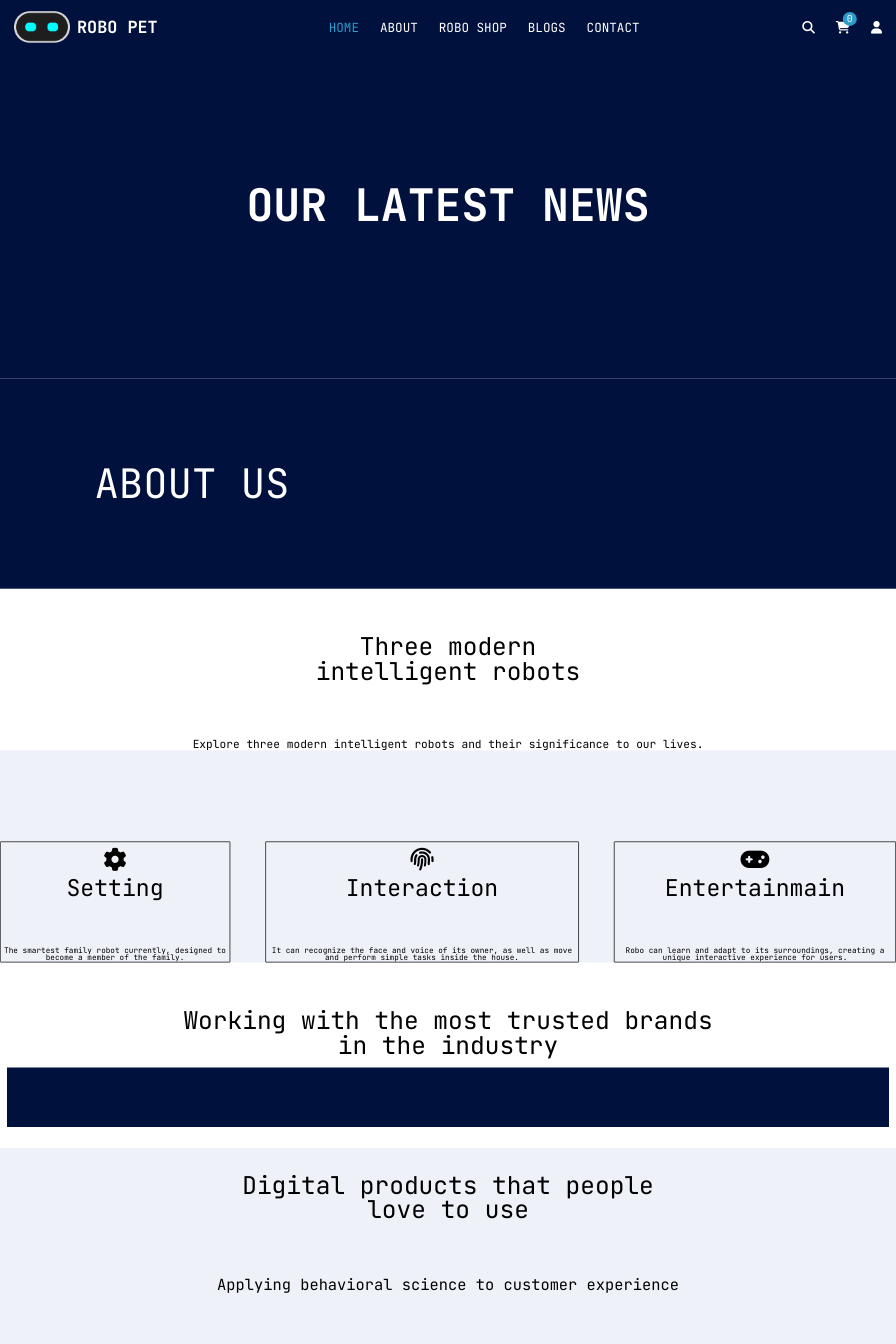
Repository: trietle101/du-an-1
Page: about.html
These files come from the project's save history. The page is drawn as it stood at one moment and after the next save; the edit follows.
The browser window is 1280 px wide. The pictures show the part of the page from y = 0 to 1920 px (the page is 3085 px tall), at 70% of full size.
Some web libraries are served in a nearby version.

Above is the page before, as saved 2023-03-12 21:57:20.

### about.html
<!DOCTYPE html>
<html lang="en">
  <head>
    <meta charset="UTF-8" />
    <meta http-equiv="X-UA-Compatible" content="IE=edge" />
    <meta name="viewport" content="width=device-width, initial-scale=1.0" />
    <title>About</title>
    <link rel="stylesheet" href="assets/css/reset.css" />
    <link rel="stylesheet" href="assets/css/style.css" />
    <link rel="preconnect" href="https://fonts.googleapis.com" />
    <link rel="preconnect" href="https://fonts.gstatic.com" crossorigin />
    <link rel="stylesheet" href="assets/css/about.css">
    <link
      href="https://fonts.googleapis.com/css2?family=JetBrains+Mono:wght@300;400;500;700&display=swap"
      rel="stylesheet"
    />
    <script
      src="https://kit.fontawesome.com/08ee78edd1.js"
      crossorigin="anonymous"
    ></script>
  </head>
  <body>
    <header class="header">
      <div class="container">
        <nav class="header-nav">
          <a href="#" class="header-logo">
            <img src="assets/img/logo.png" />
            <span>ROBO PET</span>
          </a>

          <ul class="nav__list">
            <li class="nav__item">
              <a href="#" class="nav__link active">Home</a>
            </li>
            <li class="nav__item">
              <a href="#" class="nav__link">About</a>
            </li>
            <li class="nav__item">
              <a href="#" class="nav__link">Robo shop</a>
            </li>
            <li class="nav__item">
              <a href="#" class="nav__link">Blogs</a>
            </li>
            <li class="nav__item">
              <a href="#" class="nav__link">Contact</a>
            </li>
          </ul>

          <ul class="nav__list">
            <li class="nav__item">
              <a href="" class="nav__link"
                ><i class="fa-solid fa-magnifying-glass"></i
              ></a>
            </li>
            <li class="nav__item">
              <a href="" class="nav__link absolute">
                <i class="fa-solid fa-cart-shopping"></i>
                <span>0</span>
              </a>
            </li>
            <li class="nav__item">
              <a href="" class="nav__link"><i class="fa-solid fa-user"></i></a>
            </li>
          </ul>
        </nav>
      </div>
      <div class="header-banner">
        <div class="container">
          <h1 class="banner-title">OUR LATEST NEWS</h1>
        </div>
      </div>
    </header>

    <!--phần banner-->
    <div class="banner">
        <div class="namebanner">
            <h1>ABOUT US</h1>
        </div>
           </div>
           <div class="name2">
            <h2>Three modern <br>
              intelligent robots</h2>
            <p>Explore three modern intelligent robots and their significance to our lives.</p>

        <div class="box-top">
            <div class="namebox">
                <i class="fa-solid fa-gear"></i>
                <h3>Setting</h3>
                <p>The smartest family robot currently, designed to become a member of the family.</p>
            </div>


            <div  class="namebox">
              <i class="fa-solid fa-fingerprint"></i>
                <h3>Interaction</h3>
                <p>It can recognize the face and voice of its owner, as well as move and perform simple tasks inside the house.</p>
            </div>


            <div class="namebox">
              <i class="fa-solid fa-gamepad"></i>
                <h3>Entertainmain</h3>
                <p>Robo can learn and adapt to its surroundings, creating a unique interactive experience for users.</p>
            </div>
        </div>

        <div class="name2">
          <h2>Working with the most trusted brands <br> in the industry</h2>
        </div>

        <div class="banner2">
        </div>
        <div class="namebanner2">
          <h4>Digital products that people <br> love to use</h4>
          <p>Applying behavioral science to customer experience</p>
          <div class="box-text">
            <h5>The Eilik Robot</h5>
            <p>It has the ability to interact with humans by recognizing voice,<br> faces, and gestures.</p>
               <div class="box-content">
                <i class="fa-solid fa-book"></i>
                <h6>Educational robot for children</h6>
                <p>This robot is designed to help children develop <br> programming skills and logical thinking through fun <br> educational activities.</p>
               </div>

               <div class="box-content">
                <i class="fa-solid fa-globe"></i>
                <h6>Interaction through voice and gestures</h6>
                <p>It has the ability to interact with children by <br> recognizing their voice and gestures.</p>
               </div>

               <div class="box-content">
                <i class="fa-solid fa-brain"></i>
                <h6>Science, technology, engineering</h6>
                <p> Eilik is capable of educating children about <br> science, technology, engineering, and mathematics <br> through interactive...</p>
               </div>

          </div>
          <div class="box-content2">
            <h6>The Emo Robot</h6>
            <p>Emo Robot is a special type of robot designed to interact with <br> humans by detecting and responding to emotions.

              It is capable of recognizing facial expressions, voice,<br>  gestures, and emotions of humans to provide appropriate <br> responses. Emo Robot can help users feel comfortable, reduce <br> stress, and improve mood. Additionally, Emo Robot is also used <br> in research on psychology and linguistics to further understand <br> how humans interact with machines.</p>
          </div>

          <button>View now</button>

          <div class="box-content3">
            <h6>The Vector Robot</h6>
            <p>Vector Robot is a smart home robot developed by Anki. It has  the <br> ability to interact with humans by recognizing voices, faces, <br> and gestures.

              Vector can perform simple tasks around the house, play games, <br> and interact with users. It also has the ability to learn and <br> adapt to its surrounding environment to create a unique <br> interactive experience for users. Vector is considered one of <br> the smartest and cutest home robots on the market.</p>
              <button>View now</button>
            </div>
        </div>
        <div class="endbanner">
          <h2>Versatile Interaction Experience <br> with Eilik, Emo, and Vector</h2>
                <p>Intelligent Robots for Home and Education</p>
                <button>View Now</button>
        </div>
  </body>
  <script src="assets/script/script.js"></script>
</html>

### assets/css/reset.css
/* http://meyerweb.com/eric/tools/css/reset/
   v2.0 | 20110126
   License: none (public domain)
*/
html,
body,
div,
span,
applet,
object,
iframe,
h1,
h2,
h3,
h4,
h5,
h6,
p,
blockquote,
pre,
a,
abbr,
acronym,
address,
big,
cite,
code,
del,
dfn,
em,
img,
ins,
kbd,
q,
s,
samp,
small,
strike,
strong,
sub,
sup,
tt,
var,
b,
u,
i,
center,
dl,
dt,
dd,
ol,
ul,
li,
fieldset,
form,
label,
legend,
table,
caption,
tbody,
tfoot,
thead,
tr,
th,
td,
article,
aside,
canvas,
details,
embed,
figure,
figcaption,
footer,
header,
hgroup,
menu,
nav,
output,
ruby,
section,
summary,
time,
mark,
audio,
video {
  margin: 0;
  padding: 0;
  border: 0;
  font-size: 100%;
  font: inherit;
  vertical-align: baseline;
}

/* HTML5 display-role reset for older browsers */
article,
aside,
details,
figcaption,
figure,
footer,
header,
hgroup,
menu,
nav,
section {
  display: block;
}

body {
  line-height: 1;
}

ol,
ul {
  list-style: none;
}

blockquote,
q {
  quotes: none;
}

blockquote:before,
blockquote:after,
q:before,
q:after {
  content: "";
  content: none;
}

table {
  border-collapse: collapse;
  border-spacing: 0;
}

*,
*:after,
*:before {
  margin: 0;
  padding: 0;
  box-sizing: border-box;
}
ul,
li {
  list-style-type: none;
}
a {
  text-decoration: none;
}

### assets/css/style.css
:root {
  --primary-color: #00113d;
  --secondary-color: #2e9cca;
}

html {
  box-sizing: border-box;
}

img {
  display: block;
  max-width: 100%;
}

body {
  font-family: "JetBrains Mono", sans-serif;
  min-height: 100vh;
  margin: 0;
}

header {
  background: var(--primary-color);
  padding: 1em 0;
  width: 100%;
}

.container {
  max-width: 1240px;
  margin: 0 auto;
}

.header-nav {
  display: flex;
  justify-content: space-between;
  align-items: center;
  flex-wrap: nowrap;
}

.header-logo {
  display: flex;
  justify-content: center;
  align-items: center;
}

.header-logo span {
  text-decoration: none;
  color: #fff;
  font-size: 24px;
  font-weight: bold;
  margin-right: 0.5em;
  margin-left: 10px;
}

.nav__list {
  display: flex;
  justify-content: space-between;
  align-items: center;
  flex-wrap: nowrap;
}

.nav__item:not(:first-child) {
  margin-left: 30px;
}

.nav__link {
  color: #fff;
  text-decoration: none;
  text-transform: uppercase;
  transition: 0.3s ease-in-out;
  font-size: 18px;
}

.nav__link.active {
  color: var(--secondary-color);
}

.nav__link:hover {
  color: var(--secondary-color);
}

.nav__link:hover span {
  color: var(--secondary-color);
  background-color: #fff;
}

.nav__link.absolute {
  position: relative;
}

.nav__link span {
  position: absolute;
  display: inline-block;
  background-color: var(--secondary-color);
  width: 20px;
  height: 20px;
  font-size: 14px;
  text-align: center;
  padding-top: 2px;
  border-radius: 50%;
  top: -10px;
  left: 10px;
  transition: 0.3s ease-in-out;
}

.line-effect {
  width: 0;
  height: 2px;
  background-color: var(--secondary-color);
  position: fixed;
  pointer-events: none;
  transition: all 0.25s linear;
}

.banner {
  max-height: 600px;
  margin: 0 auto;
  background-color: #00113d;
  display: flex;
  justify-content: space-between;
  align-items: center;
}

.banner .info {
  width: 45%;
  margin-top: 60px;
}

.info .info-heading {
  color: #fff;
  font-weight: 700;
  font-size: 74px;
}

.info .info-heading span {
  color: #2e9cca;
}

.info .sub-heading {
  color: #cbd5e1;
  font-size: 14px;
  font-weight: 400;
  margin-top: 24px;
  line-height: 16px;
  letter-spacing: 0.5px;
}

.button-heading {
  margin-top: 32px;
  display: flex;
  gap: 50px;
}

.button-heading .view-shop {
  /* width: 150px; */
  padding: 20px 30px;
  height: 45px;
  border-radius: 50px;
  border: 1.5px solid #fff;
  background-color: black;
  color: #fff;
  /* font-weight: 600; */
  /* text-align: center; */
  display: flex;
  align-items: center;
  font-size: 16px;
  transition: 0.3s ease-in-out;
}
.view-shop:hover {
  background-color: var(--secondary-color);
}
.button-heading .demo:hover {
  background-color: var(--secondary-color);
}

.button-heading .demo {
  padding: 20px 30px;
  height: 45px;
  border-radius: 50px;
  border: 1.5px solid #fff;
  background-color: black;
  color: #fff;
  font-family: "JetBrains Mono", sans-serif;
  /* font-weight: 600; */
  /* text-align: center; */
  display: flex;
  align-items: center;
  font-size: 16px;
  transition: 0.3s ease-in-out;
}

.demo .video {
  padding-right: 6px;
}

.quanlity {
  margin-top: 120px;
  display: flex;
  justify-content: space-between;
}

.quanlity .happy-user {
  text-align: center;
}

.happy-user .quanlity-happy {
  color: white;
  font-weight: 600;
  font-size: 24px;
}

.happy-user .text-happy {
  color: #c8c8c8;
  font-size: 14px;
  padding: 5px 0 20px 0;
}

.quanlity .active-user {
  text-align: center;
}

.active-user .quanlity-active {
  color: white;
  font-weight: 600;
  font-size: 24px;
}

.active-user .text-active {
  color: #c8c8c8;
  font-size: 14px;
  padding: 5px 0 20px 0;
}

.quanlity .online-user {
  text-align: center;
}

.online-user .quanlity-online {
  color: white;
  font-weight: 600;
  font-size: 24px;
}

.online-user .text-online {
  color: #c8c8c8;
  font-size: 14px;
  padding: 5px 0 20px 0;
}

.slider {
  width: 55%;
  position: relative;
}
.show {
  display: flex;
  justify-content: center;
  height: 400px;
  max-width: 500px;
  margin: 0 auto;
  position: relative;
}
.show-item {
  height: 280px;
  opacity: 0;
  position: absolute;
  transition: all 0.3s ease-in-out;
  width: 330px;
  z-index: 0;
  background-size: contain;
  object-fit: cover;
}
.show-item-1 {
  left: 20%;
  opacity: 1;
  transform: translateX(-50%);
  top: 10%;
  z-index: 2;
}
.show-item-2 {
  opacity: 1;
  left: 50%;
  transform: translateX(-50%);
  z-index: 3;
  top: 15%;
}
.show-item-3 {
  opacity: 1;
  left: 80%;
  transform: translateX(-50%);
  z-index: 2;
  top: 10%;
}

.slider .show {
  width: 550px;
  height: 550px;
  border-radius: 100%;
  background: linear-gradient(
    to bottom,
    rgba(170, 171, 184, 0.7),
    rgba(0, 17, 61, 0)
  );
  margin-left: 83px;
  margin-top: 30px;
}

.elip {
  width: 500px;
  height: 100px;
  background-color: #1e1e1e;
  border-radius: 100%;
  margin-left: 15px;
  position: absolute;
  left: 46.5%;
  top: 60%;
  transform: translate(-50%, -50%);
  opacity: 38%;
  z-index: 0;
}
.header-banner {
  width: 100%;
  max-height: 500px;
  margin: 0 auto;
  background-color: #00113d;
  padding: 200px 0;
}
.banner-title {
  font-weight: 700;
  font-size: 64px;
  color: #fff;
  text-transform: uppercase;
  text-align: center;
}

.outstanding,
.custum {
  padding-top: 50px;
}
.outstanding-title,
.custum-title {
  font-size: 36px;
  font-weight: 700;
  text-align: center;
  margin-bottom: 25px;
}
.outstanding-list,
.custum-list {
  display: grid;
  grid-template-columns: repeat(4, 1fr);
  grid-column-gap: 40px;
}
.outstanding-image,
.custum-image {
  background-color: #eff1f9;
  border-radius: 10px;
}
.outstanding-info,
.custum-info {
  margin-top: 20px;
  text-align: center;
}
.outstanding-name,
.custum-name {
  margin-bottom: 20px;
  font-weight: 500;
  font-size: 18px;
}
.outstanding-price,
.custum-price {
  font-size: 16px;
  font-weight: 400;
  color: #7b88a8;
}
.outstanding-price span {
  font-weight: 700;
  margin-right: 40px;
}
.custum-price span {
  font-weight: 700;
}
.outstanding-social,
.custum-social {
  display: flex;
  align-items: center;
  justify-content: center;
  flex-direction: row;
  flex-wrap: nowrap;
}
.outstanding-social-link,
.custum-social-link {
  display: flex;
  align-items: center;
  justify-content: center;
  flex-direction: row;
  flex-wrap: nowrap;
  width: 50px;
  height: 50px;
  color: #aaabb8;
  font-size: 20px;
  transition: all 0.25s ease;
}
.outstanding-social-link:hover,
.custum-social-link:hover {
  color: white;
}
.outstanding-main,
.custum-main {
  position: relative;
  z-index: 1;
  transition: transform 0.25s linear;
  will-change: transform;
}
.outstanding-main .outstanding-content,
.custum-main .custum-content {
  position: absolute;
  top: 0;
  left: 0;
  width: 100%;
  height: 100%;
  opacity: 0;
  visibility: hidden;
  transition: all 0.25s linear;
  background: linear-gradient(
    to bottom,
    hsla(223, 100%, 12%, 0.749),
    hsla(180, 100%, 50%, 0.502)
  );
  z-index: 2;
  display: flex;
  align-items: center;
  justify-content: center;
  flex-direction: column;
  flex-wrap: nowrap;
  border-radius: 10px;
}
.outstanding-main:hover .outstanding-content,
.custum-main:hover .custum-content {
  opacity: 1;
  visibility: visible;
}

.brand {
  padding-top: 100px;
}

.brand-tilte {
  font-weight: 500;
  font-size: 24px;
  margin-bottom: 20px;
  text-align: center;
}
.brand-bg {
  background-color: var(--primary-color);
  width: 100%;
}
.brand-logo {
  display: flex;
  justify-content: center;
  align-items: center;
}
.brand-logo img {
  max-width: 150px;
}
.brand-logo img:not(:first-child) {
  margin-left: 50px;
}
.intelligent {
  padding-top: 100px;
}
.intellegent-title {
  font-weight: 500;
  font-size: 36px;
  margin-bottom: 30px;
  text-align: center;
}
.intelligent-top {
  display: flex;
  justify-content: space-between;
  align-items: center;
  flex-wrap: nowrap;
}
.intelligent-top img {
  width: 670px;
  height: 500px;
  border-radius: 50px;
}
.intelligent-top img:not(:first-child) {
  margin-left: 50px;
}
.intelligent-bottom {
  margin-top: 50px;
  width: 100%;
}
.intelligent-bottom img {
  width: 1240px;
  height: 500px;
  border-radius: 50px;
  object-fit: cover;
}
.versatile {
  padding-top: 100px;
  margin-top: 100px;
  background-color: #eff1f9;
  position: relative;
  height: 500px;
}
.versatile-bg {
  position: absolute;
  left: 50%;
  top: 50%;
  transform: translate(-50%, -50%);
  max-height: 330px;
}
.versatile-title {
  font-weight: 500;
  font-size: 42px;
  text-align: center;
  position: relative;
  margin-bottom: 30px;
  padding-bottom: 50px;
}
.versatile-title::after {
  content: "";
  width: 400px;
  height: 4px;
  background-color: var(--secondary-color);
  position: absolute;
  left: 50%;
  transform: translateX(-50%);
  bottom: 0;
}
.versatile-desc {
  font-weight: 300;
  font-size: 14px;
  color: #7b88a8;
  text-align: center;
}
.versatile-bottom {
  text-align: center;
  margin-top: 40px;
}
.versatile-button {
  padding: 10px 40px;
  text-transform: uppercase;
  background-color: #2e9cca;
  border-radius: 10px;
  border: none;
  color: #fff;
  z-index: 2;
  cursor: pointer;
}
.versatile-button:hover {
  background-color: var(--primary-color);
}
footer {
  background: var(--primary-color);
  padding: 48px 135px 15px;
}
.footer:first-child {
  padding-bottom: 40px;
}
.footer:first-child a {
  text-decoration: none !important;
  min-width: fit-content;
  width: fit-content;
  text-transform: uppercase;
  display: block;
  font-size: 14px;
  font-weight: 500;
  line-height: 24px;
  letter-spacing: -0.30000001192092896px;
  text-align: left;
  color: #e7e5ea;
  padding-top: 10px;
}
footer p {
  font-size: 14px;
  font-weight: 500;
  line-height: 24px;
  letter-spacing: -0.30000001192092896px;
  text-align: left;
  color: #e7e5ea;
}
footer h3 {
  font-style: normal;
  font-weight: 400;
  font-size: 22px;
  letter-spacing: -1px;
  color: #ffffff;
  padding-top: 0px;
}
footer span {
  font-weight: 600;
  font-size: 24px;
  line-height: 32px;
  letter-spacing: -0.4px;
  color: white;
  display: block;
}
footer img {
  width: 80px;
  height: 45px;
  position: relative;
}
footer fieldset {
  border: 0;
  padding: 0;
}
footer fieldset input {
  width: 235px;
  height: 48px;
  border-radius: 5px;
  background: #e7e5ea;
  border: 0;
  padding: 11px 18px;
}
footer fieldset button {
  justify-content: center;
  align-items: center;
  padding: 13px 24px;
  width: 129px;
  height: 48px;
  background: #2e9cca;
  border-radius: 5px;
  border: 0;
  font-size: 14px;
  text-transform: uppercase;
  color: #ffffff;
  margin-left: 6px;
  transition: 0.3s ease-in-out;
}
footer fieldset button:hover {
  background-color: var(--primary-color);
  border: 1px solid #fff;
}
::placeholder {
  font-size: 16px;
}

.footer,
.form {
  display: flex;
}
.footer-content {
  width: 100%;
  position: relative;
  padding-top: 0px;
}
.footer-content img {
  margin-bottom: 5px;
  margin-left: 15px;
}
.footer-content p {
  margin-top: 10px;
  margin-bottom: 5px;
}

footer .footer:last-child {
  align-items: center;
  padding-top: 40px;
  border-top: 1px solid #2e9cca;
}

footer .footer:last-child .footer-content:last-child {
  text-align: right;
}
footer .footer:last-child .footer-content:last-child a {
  width: 40px;
  display: inline-block;
  background-color: #2e9cca;
  color: white;
  padding: 11px;
  margin-right: 3px;
  text-align: center;
  border-radius: 50%;
}

### assets/css/about.css
*{
    box-sizing: border-box;
    margin: 0 auto;
}
.banner{
    height: 300px;
    margin: auto;
    background-color: #00113D;
}
.namebanner{
    font-size: 58px;
    color: #ffff;
    padding: 135px ;
}
.namebanner h1{
    text-align: center;
}
.name2{
    height: 110px;
    background-color: #ffff;

}
.name2 h2{
    font-size: 35px;
    text-align: center;
    padding-top: 35px;
    margin: 30px;
}
.name2 p{
    text-align: center;
    padding-top: 50px;
}
.box-top{
    font-size: 33px;
    background-color:#EFF1F9;
    text-align: center;
    display: flex;
    justify-content: space-between;
    padding-top: 130px;
    /* border:1px solid black; */
    gap: 50px;
}
.namebox{
    width: calc(100% 3);
   border:1px solid black;
   border-radius:1px;
}
.namebox i{
    margin: 8px;
}
.namebox h3{
    height: 50px;
    font-size: 33px;
}
.namebox p{
    font-size: 11px;

}
.banner2{
    margin: 10px;
    background-color: #00113D;
    height: 85px;
}
.namebanner2{
    background-color: #EFF1F9
    ;
}
.namebanner2 h4{
    font-size: 35px;
    text-align: center;
    padding-top: 35px;
    margin: 30px;
}
.namebanner2 p{
    font-size: 22px;
}
.box-text{
text-align: right;
border: 100px solid #EFF1F9;
}
.box-text h5{
 font-size: 35px;
}
.box-text p{
color: #7B88A8;
font-size: 11px;
text-align: right;
}
.box-content{

}
.box-content h5{
font-size: 16px;
}
.box-content p{
    font-size: 11px;
}
.box-content2{
    text-align: left;
}
.box-content2 h6{
    font-size: 30px;
}
.box-content2 p{
    color: #7B88A8    ;
    font-size: 11px;
    text-align: left;
}
.box-content2 button{
    background-color: #00113D;
    border: 1px;
    border-radius: 5px solid ;
}
.box-content3{
    text-align: right;
}
.box-content3 h6{
    font-size: 30px;
}
.box-content3 p{
    color: #7B88A8    ;
    font-size: 11px;
    text-align: right;
}
.box-content3 button{
    background-color: #7B88A8;
    border: 1px;
    border-radius: 5px solid ;
    text-align: right;
}
.endbanner{
    background-color: #ffffff;
    text-align: center;
    font-size: 16px;
}
.endbanner p{
    font-size: 11px;
}

### assets/script/script.js
window.addEventListener("load", function () {
  // --- Menu ---
  const links = [...document.querySelectorAll(".nav__link")];
  links.forEach((item) => item.addEventListener("mouseenter", handleHoverLink));
  const line = document.createElement("div");
  line.classList = "line-effect";
  document.body.appendChild(line);

  function handleHoverLink(event) {
    const { left, top, width, height } = event.target.getBoundingClientRect();
    const offsetBottom = 5;
    line.style.width = `${width}px`;
    line.style.left = `${left}px`;
    line.style.top = `${top + height + offsetBottom}px`;
  }
  const menu = document.querySelector(".nav__list");
  menu.addEventListener("mouseleave", function () {
    line.style.width = 0;
  });

  const nav = document.querySelectorAll(".nav__link");
  nav.forEach((item) => {
    item.addEventListener("click", () => {
      nav.forEach((item) => {
        item.classList.remove("active");
      });
      item.classList.add("active");
    });
  });
});

After the next save:
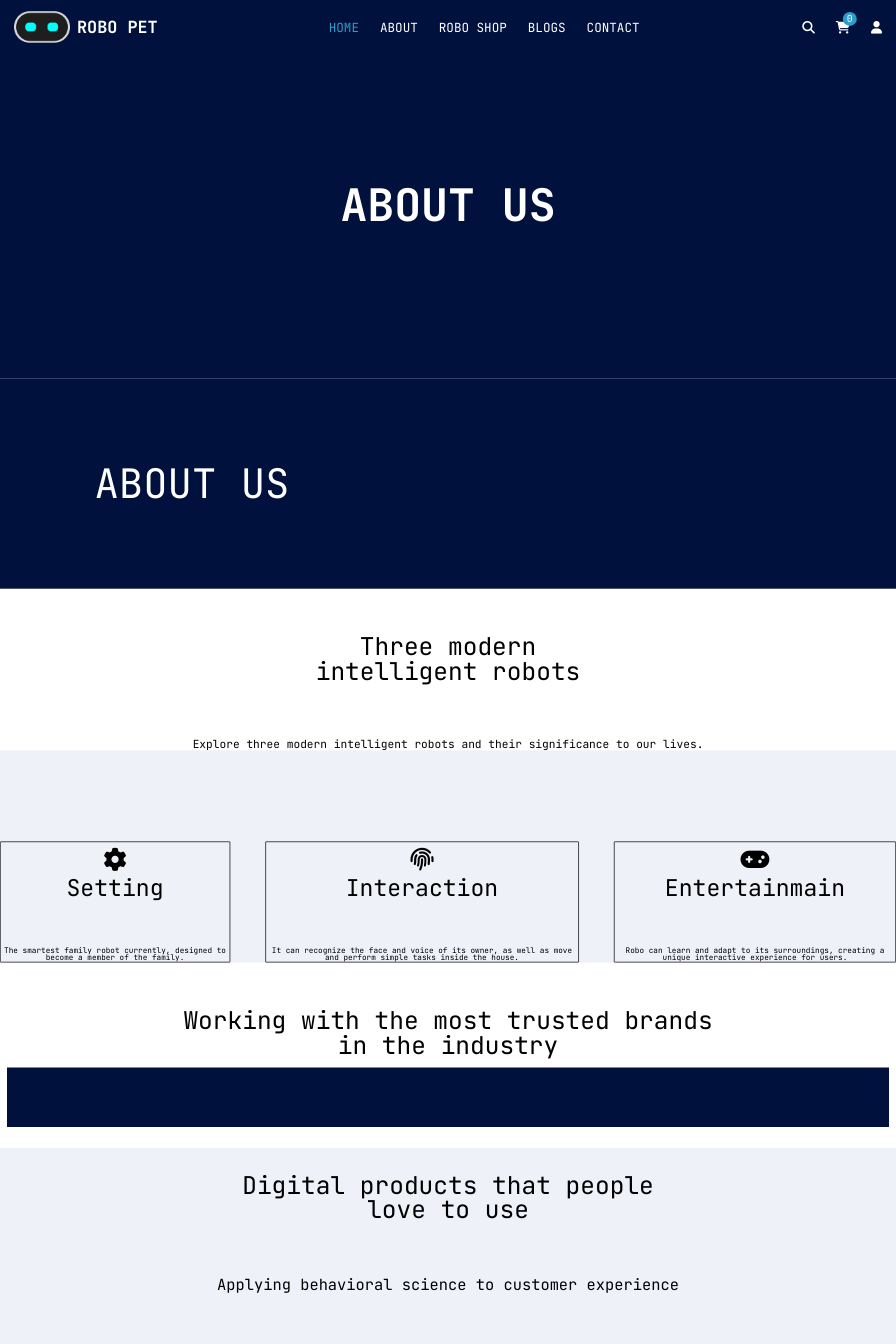
Saved 14 s later.
--- a/about.html
+++ b/about.html
@@ -66,7 +66,7 @@
       </div>
       <div class="header-banner">
         <div class="container">
-          <h1 class="banner-title">OUR LATEST NEWS</h1>
+          <h1 class="banner-title">ABOUT US</h1>
         </div>
       </div>
     </header>
